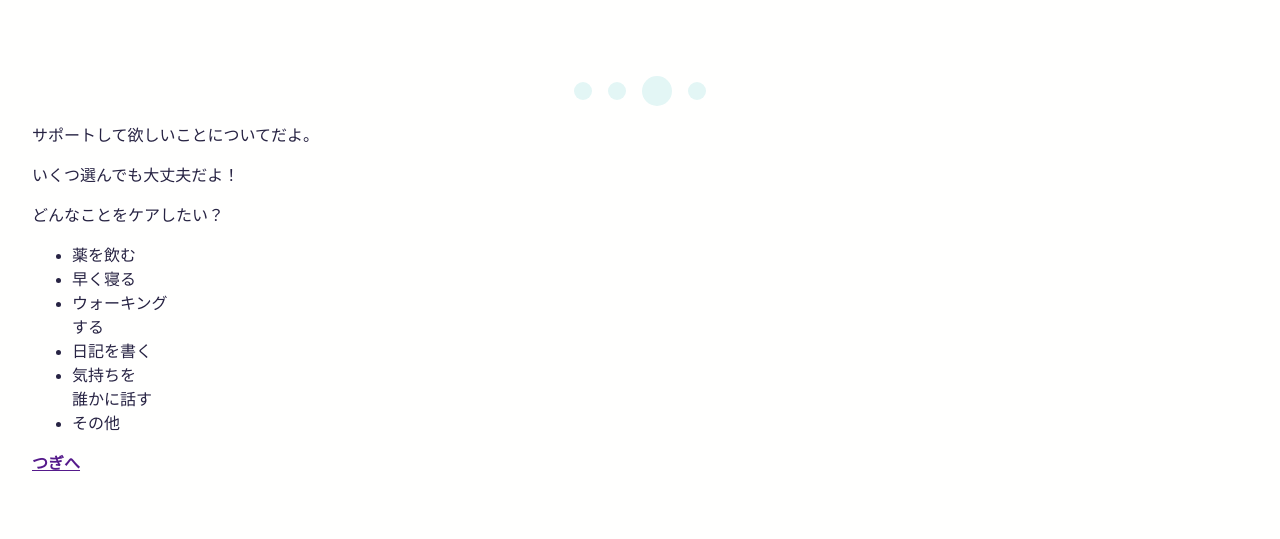
Repository: misaki0919/Self-care
Page: support.html
An editor plug-in stored every save of this project. The page is shown before and after the next save, followed by the edit.
The browser window is 1280 px wide. The pictures show the whole page.
Some web fonts or font styles are not loaded; a fallback is used.

Above is the page before, as saved 2026-07-16 14:52:15.

After the next save:
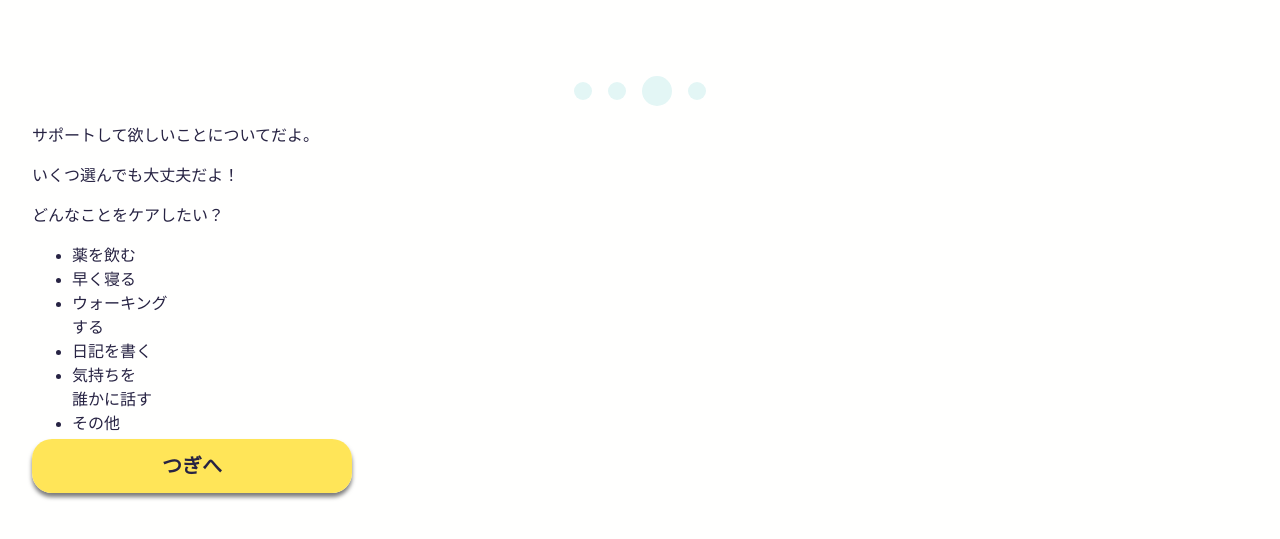
Saved 28 s later.
--- a/css/support.css
+++ b/css/support.css
@@ -31,3 +31,19 @@ body{
 
     }
 }
+
+
+
+
+
+
+.next{
+    font-size: 20px;
+    background-color: #FFE558;
+    border-radius: 20px;
+    padding: 16px 130px;
+    text-align: center;
+    text-decoration: none;
+    color: #272343;
+    box-shadow: #7b7b7b 0px 4px 4px 0px;
+}
